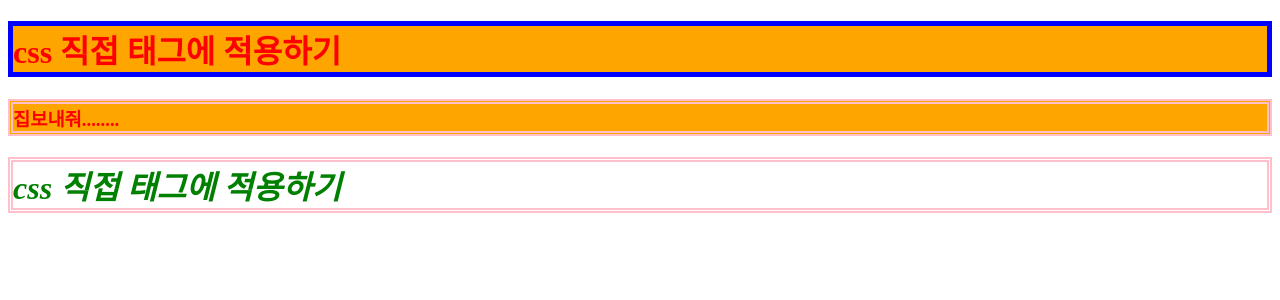
Repository: JeongHyeongKim/practice_myself
Page: Si_basic/WebProject/setp01_HTMLCS/WebContent/CSS/ex02_CSSExternal.html
The author's editor kept a copy of each file at every save. The page is drawn from the files as they stood at one save, then again after the next save.
The browser window is 1280 px wide. The pictures show the whole page.

Above is the page before, as saved 2019-04-22 07:43:17.

### Si_basic/WebProject/setp01_HTMLCS/WebContent/CSS/ex02_CSSExternal.html
<!DOCTYPE html>
<html>
<head>
	<meta charset="UTF-8">
	<title>Insert title here</title>
	<style>
		/*This area is permitted to only css*/
		/* 1. 태그에 적용하기*/
		h1,h3{color:red; border: double pink 5px;}
		/* 2. id로 적용하기*/
		#a{color:green; font-style:italic;}
		/* 3. class로 적용하기*/
		.b{background-color:orange;}
		.bb{font-family:궁서체;}
	</style>
</head>
	<body>
		<!-- 태그에 직접 css적용하면 간단하게 처리할 때 직관적으로 좋지만, 동일한 태그에 적용할 때는 반복해서 코드가 드간다. -->
		<h1 style="color:red; border:solid blue 5px;" class="b">css 직접 태그에 적용하기</h1> <!--  직접 적용하는 태그가 우선순위기 때문에 결과는 밑에꺼랑 다르다. -->

		<h3 class="b">집보내줘........</h3>

		<h1 id="a">css 직접 태그에 적용하기</h1>

	</body>
</html>

After the next save:
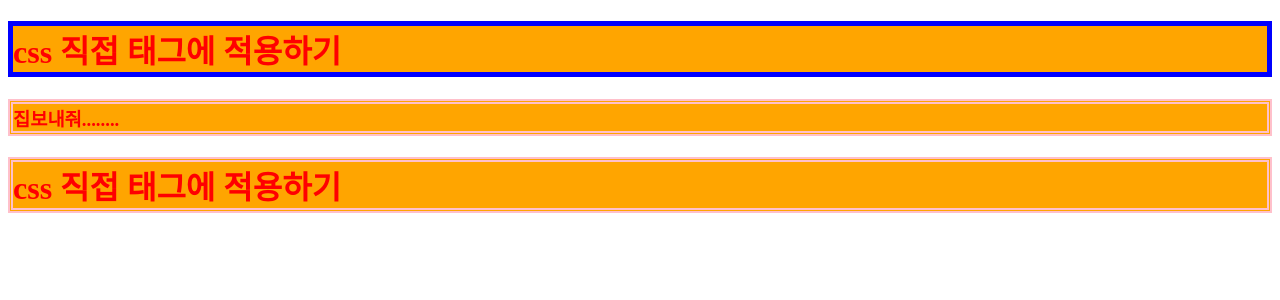
Saved 84 s later.
--- a/Si_basic/WebProject/setp01_HTMLCS/WebContent/CSS/ex02_CSSExternal.html
+++ b/Si_basic/WebProject/setp01_HTMLCS/WebContent/CSS/ex02_CSSExternal.html
@@ -9,6 +9,7 @@
 		h1,h3{color:red; border: double pink 5px;}
 		/* 2. id로 적용하기*/
 		#a{color:green; font-style:italic;}
+		#aa{width:400px}
 		/* 3. class로 적용하기*/
 		.b{background-color:orange;}
 		.bb{font-family:궁서체;}
@@ -20,7 +21,7 @@
 
 		<h3 class="b">집보내줘........</h3>
 
-		<h1 id="a">css 직접 태그에 적용하기</h1>
+		<h1 id="a aa" class="b">css 직접 태그에 적용하기</h1>
 
 	</body>
 </html>
